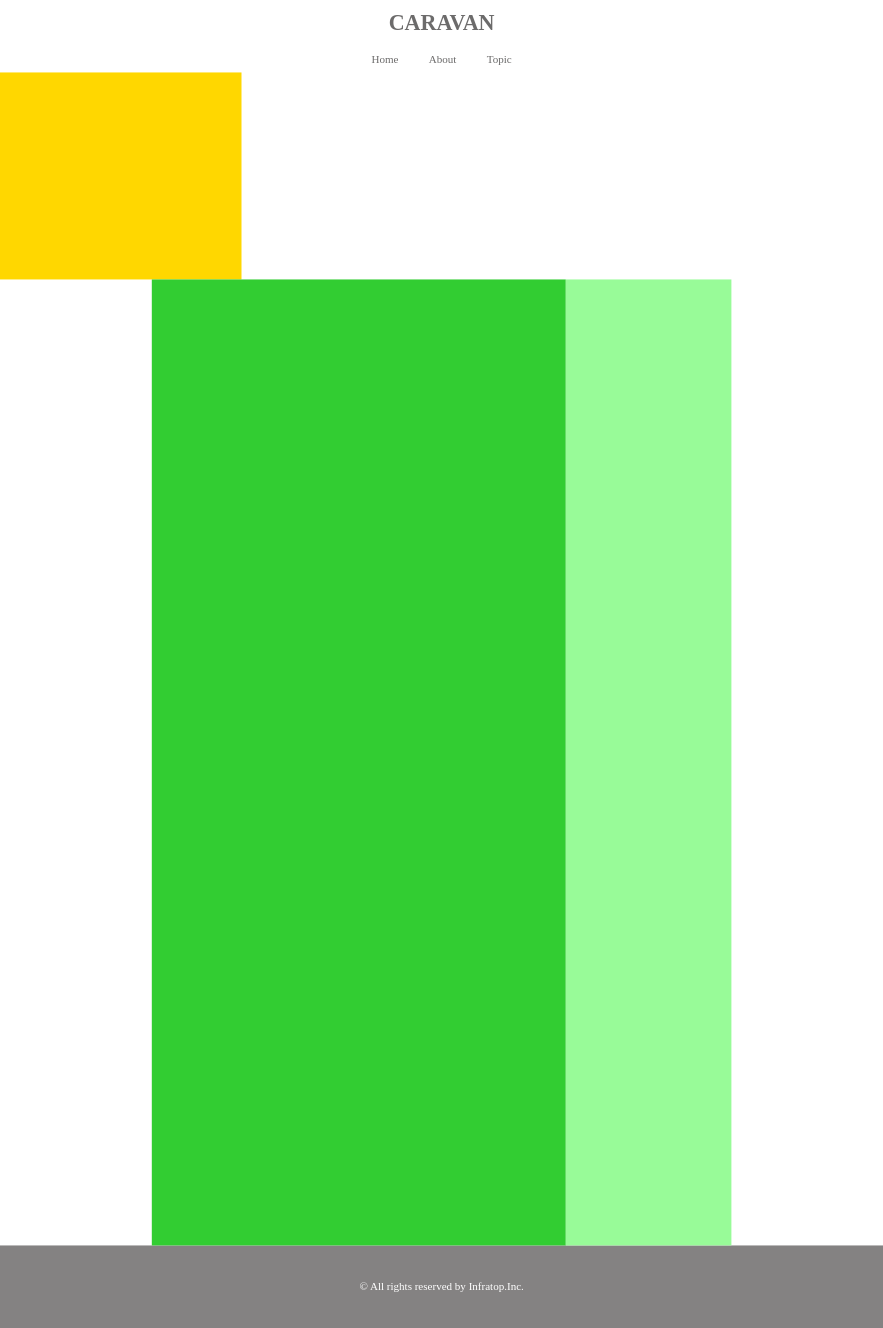
Repository: Nao002/practice
Page: caravan/index.html
The author's editor kept a record of every edit. The page is drawn from the files as they stood at one moment, then again after the next edit.
The browser window is 1280 px wide. The pictures show the whole page, at 69% of full size.

Above is the page before.

After the next edit:
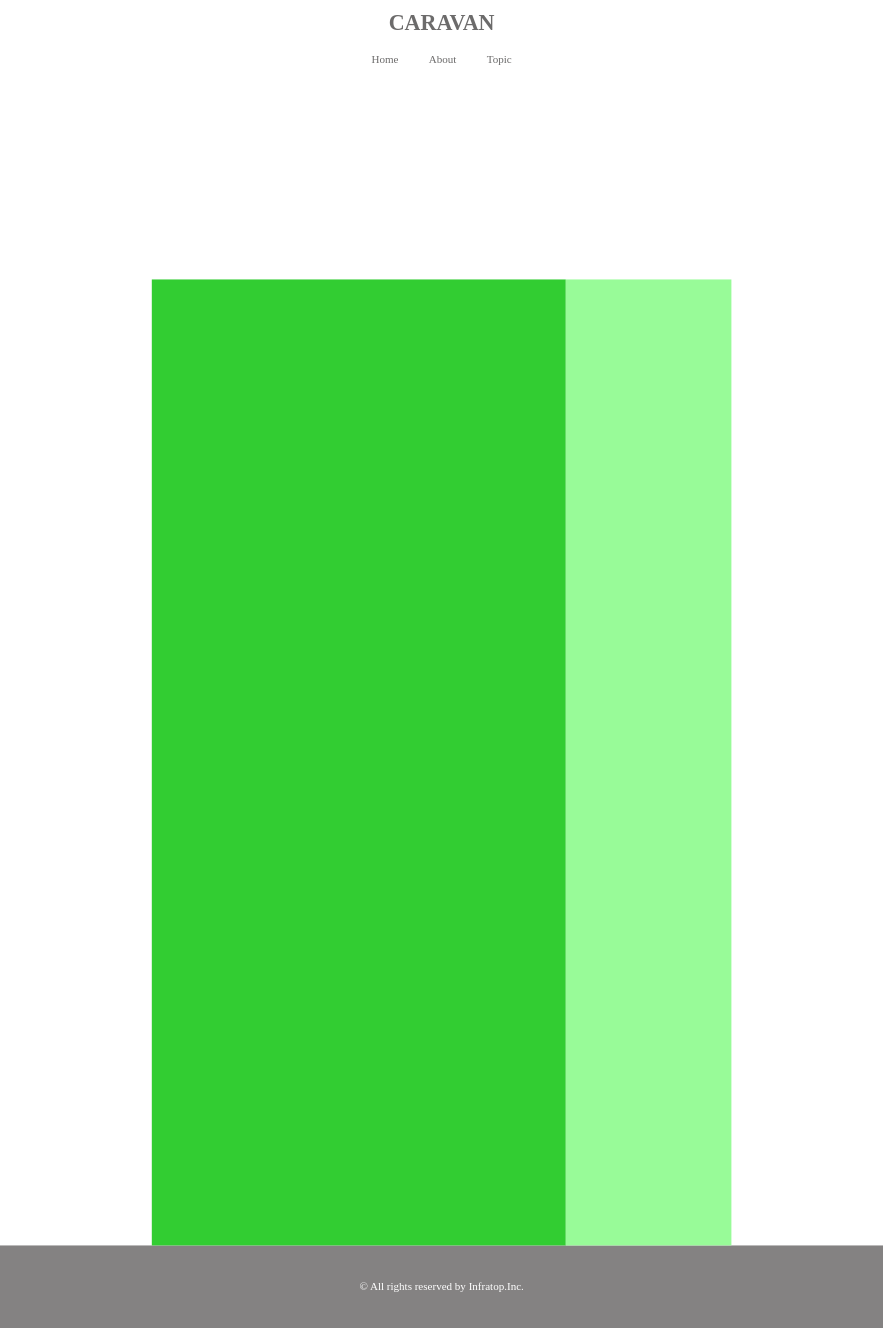
The edit:
--- a/caravan/style.css
+++ b/caravan/style.css
@@ -41,7 +41,6 @@
 .main-visual-content {
   width: 350px; /* 横幅350px */
   height: 300px; /* 親の高さに揃える */
-  background-color: gold; /* 背景色gold */
 }
 
 .main {
